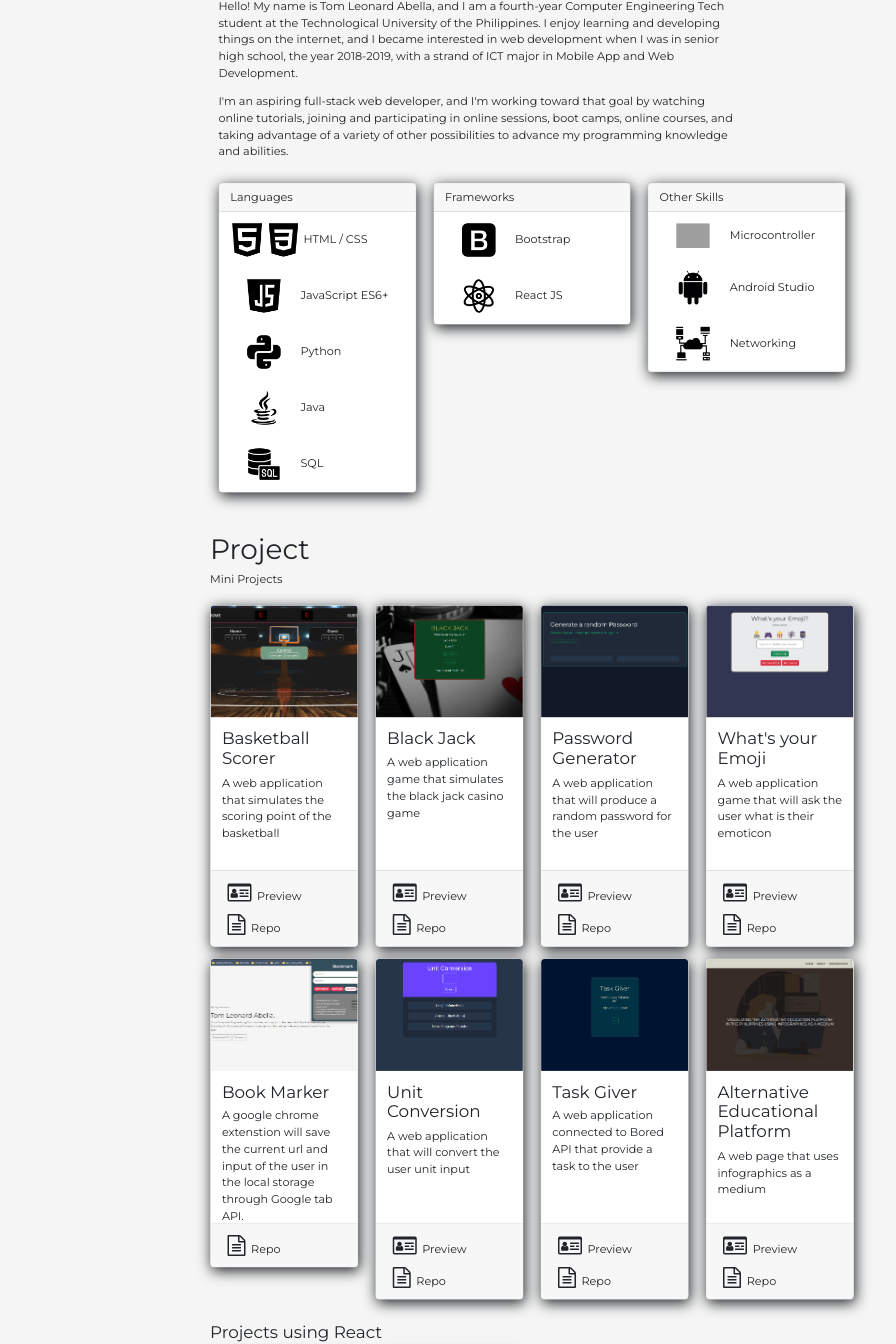
Repository: tom-abella/Portfolio
Page: index.html
An editor plug-in stored every save of this project. The page is shown before and after the next save, followed by the edit.
The browser window is 1280 px wide. The pictures show the part of the page from y = 787 to 2707 px (the page is 3347 px tall), at 70% of full size.
Pictures or frames that could not be fetched are drawn as grey boxes.

Above is the page before, as saved 2022-11-25 11:24:40.
Console error: ReferenceError: emailjs is not defined

After the next save:
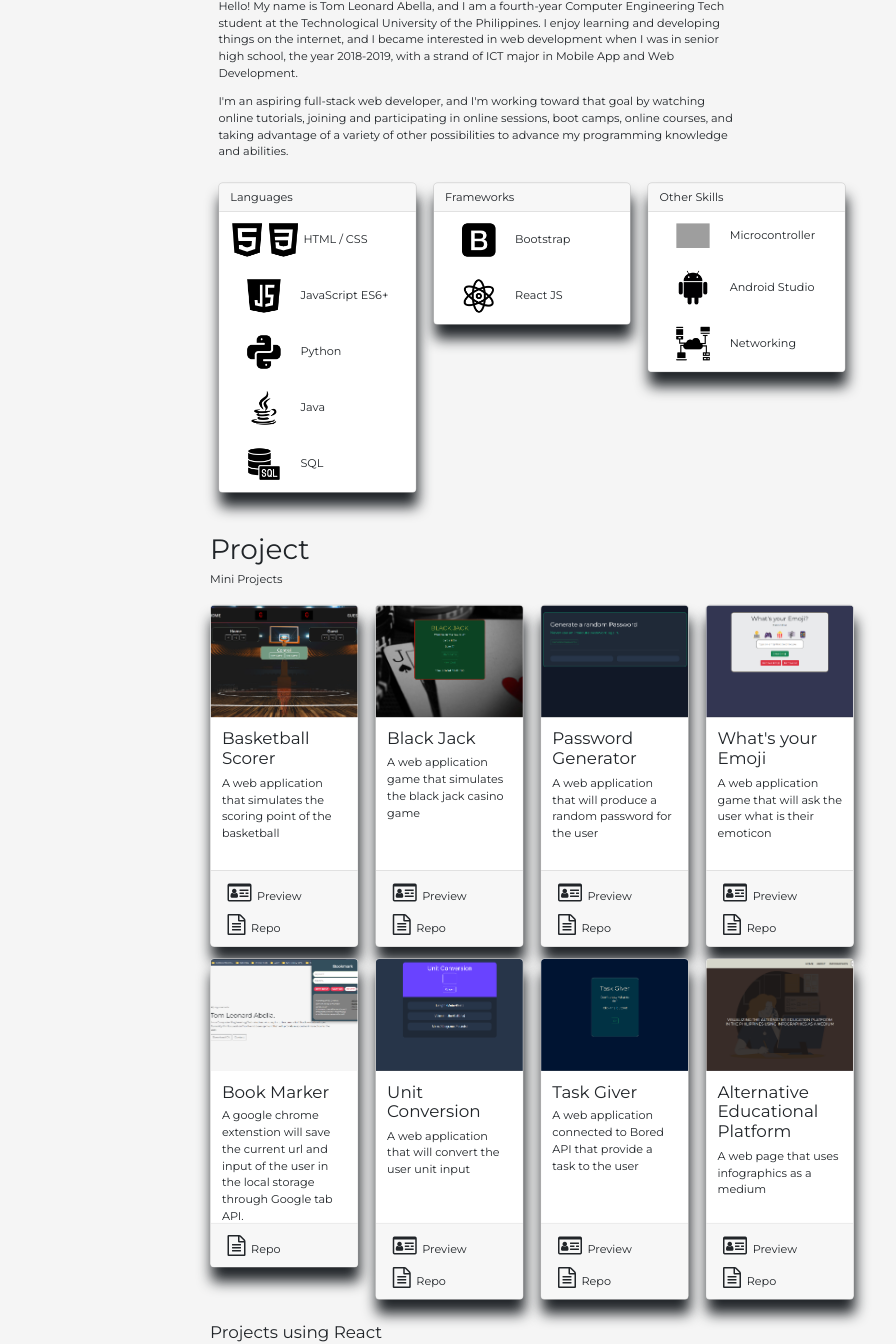
Saved 6 s later.
--- a/style.css
+++ b/style.css
@@ -17,7 +17,7 @@ img{
 
 }
 .card{
-    box-shadow: 2px 5px 20px #212529;
+    box-shadow: 2px 20px 20px #212529;
 }
 .navbar .nav-link.active{
     color:grey;
